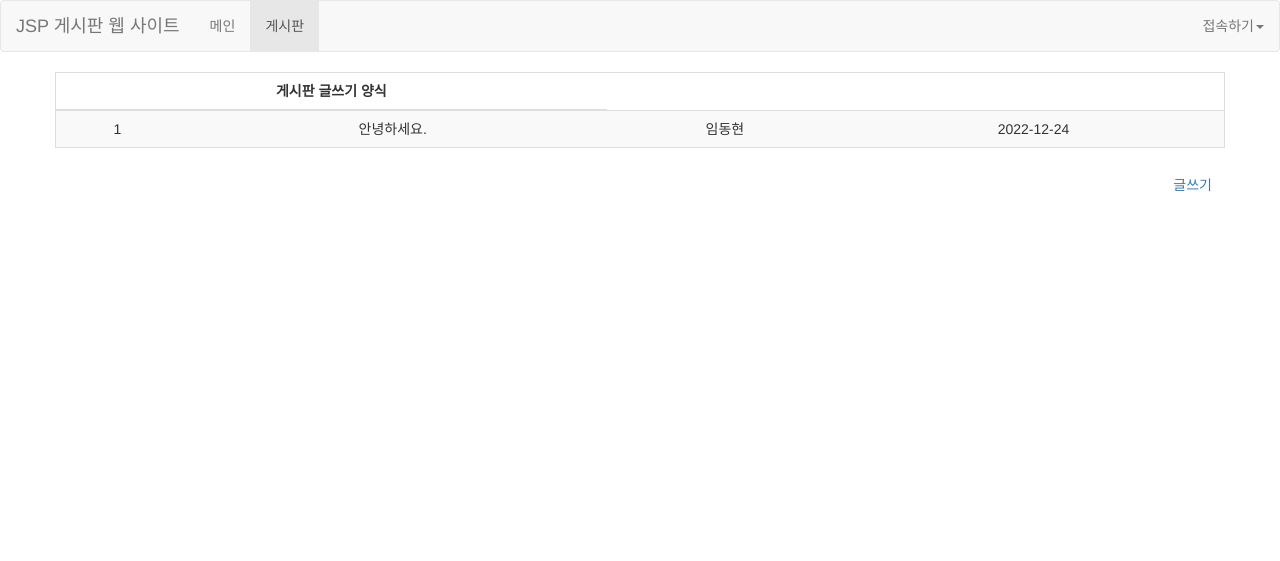
Repository: ehdgus0221/JAVA
Page: http://localhost/BBS/write.jsp
The author's editor kept a copy of each file at every save. The page is drawn from the files as they stood at one save, then again after the next save.
The browser window is 1280 px wide. The pictures show the whole page.
Some web libraries are served in a nearby version. The page is served by Tomcat 9.

Above is the page before, as saved 2022-12-24 05:49:29.

After the next save:
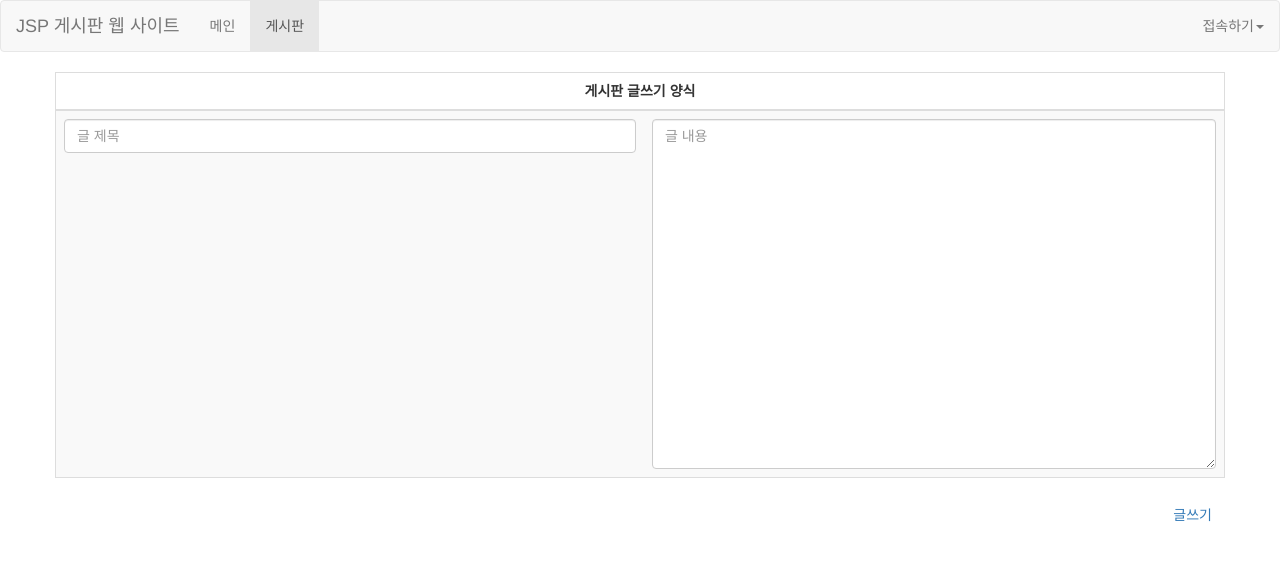
Saved 5 min 42 s later.
--- a/Board-Basic/projects/BBS/src/main/webapp/write.jsp
+++ b/Board-Basic/projects/BBS/src/main/webapp/write.jsp
@@ -79,10 +79,8 @@
 				</thead>
 				<tbody>
 					<tr>
-						<td>1</td>
-						<td>안녕하세요.</td>
-						<td>임동현</td>
-						<td>2022-12-24</td>
+						<td><input type="text" class="form-control" placeholder="글 제목" name="bbsTitle" maxlength="50"></td>
+						<td><textarea type="text" class="form-control" placeholder="글 내용" name="bbsContent" maxlength="2048" style="height: 350px;"></textarea></td>
 					</tr>
 				</tbody>
 			</table>
